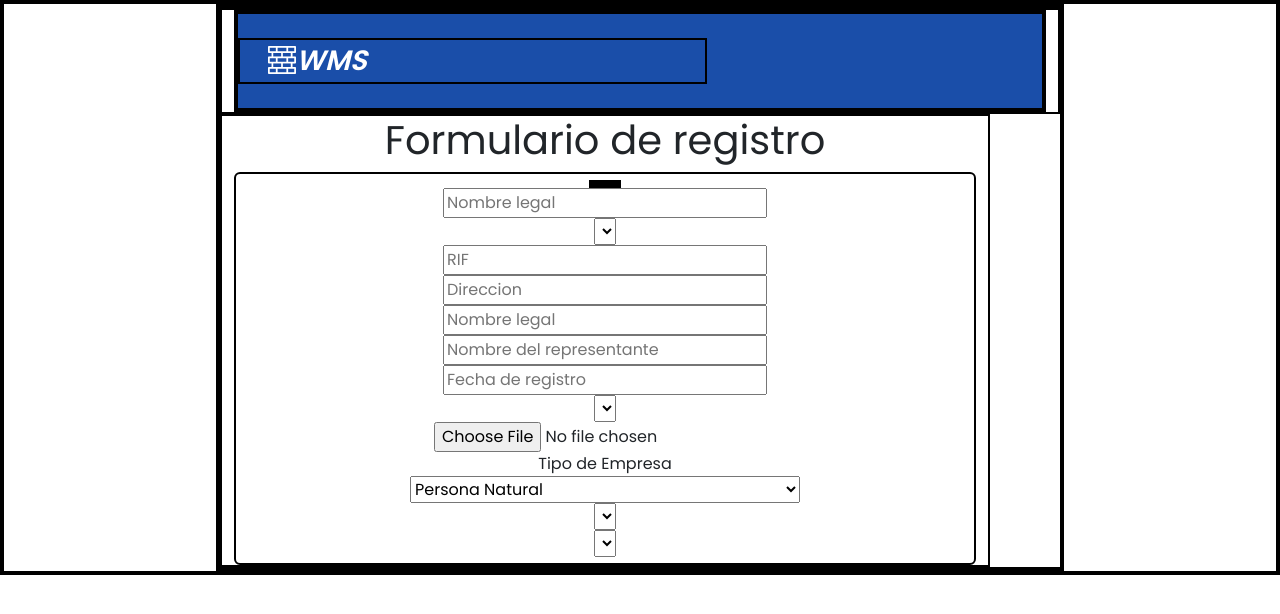
Repository: Rafa-x64/Gestion_inventario_practica
Page: http://localhost/Gestion_inventario/index.php?page=registro-empresa
An editor plug-in stored every save of this project. The page is shown before and after the next save, followed by the edit.
The browser window is 1280 px wide. The pictures show the whole page.
The page is run by PHP 8.4 with error messages shown; the project is at /var/www/html/.

Above is the page before, as saved 2025-07-22 17:50:36.

### index.php
<?php
require_once "config/app.php";
require_once "controller/vistaC.php";

$controlador = new vistaC();
$controlador->cargarVista();

### config/app.php
<?php

const SERVERURL = "http://localhost/Gestion_inventario/";

const NOMBRE_APLICACION = "WMS";

const MONEDA = ["bolivar" => "Bs.", "dolar" => "$", "euro" => "€", "pesos" => "$", "real" => "R$"];

date_default_timezone_set("America/Caracas");

### controller/vistaC.php
<?php
require_once("./model/vistaM.php"); //debe incluir el codigo del modelo

class vistaC extends vistaM //extiende del modelo para usar sus metodos
{

    public function cargarVista() //funcion que carga la vista segun la url que se obtiene como parametro
    {
        if (isset($_GET["page"])) { //page es el parametro especificado en .htaccess
            $vista = self::obtenerVista($_GET["page"]); //se asigna esa url a vista si esta establecido
        } else {
            $vista = "inicio-view.php"; //se muestra el inicio si no esta establecido el parametro en la url
        }

        require("view/plantilla.php"); //se requiere la plantilla para poder mostrar esa vista
    }
}

### model/vistaM.php
<?php

class vistaM
{
    //metodo que obtiene la vista que se le asigna en $pagina
    protected static function obtenerVista($pagina) //recive una variable pagina
    {
        $paginas_existentes = ["404", "inicio-sesion", "inicio", "registro-empresa"]; //lista de paginas del proyecto
        if (!in_array($pagina, $paginas_existentes)) { //si no esta en el array entonces...
            return "404-view.php"; //pagina de 404
            exit();
        }

        return $pagina . "-view.php"; //retorna $pagina-view para ser abierta por el controlador si esa pagina existe en la lista
    }
}

### view/plantilla.php
    <?php

    //aqui se ejecuta la vista y se muestran los includes si la pagina cumple cierta condicion

    if ($vista != "inicio-view.php" && $vista != "404-view.php" && $vista != "inicio-sesion-view.php" && $vista != "registro-empresa-view.php") {
        include("view/includes/links.php");
        require("view/includes/header.html");
        include("php/" . $vista);
        require("view/includes/footer.html");
        include("view/includes/scripts.php");
    }

    include("view/includes/links.php");
    require("php/" . $vista);
    include("view/includes/scripts.php");

    ?>

### view/includes/links.php
<!DOCTYPE html>
<html lang="en">

<head>
    <meta charset="UTF-8">
    <meta name="viewport" content="width=device-width, initial-scale=1.0">
    <title><?php echo NOMBRE_APLICACION; ?></title>
    <link href="https://cdn.jsdelivr.net/npm/bootstrap@5.3.7/dist/css/bootstrap.min.css" rel="stylesheet"
        integrity="sha384-LN+7fdVzj6u52u30Kp6M/trliBMCMKTyK833zpbD+pXdCLuTusPj697FH4R/5mcr" crossorigin="anonymous">
    <link rel="stylesheet" href="https://cdn.jsdelivr.net/npm/bootstrap-icons@1.10.5/font/bootstrap-icons.css">
    <link rel="stylesheet" href="<?php echo SERVERURL ?>view/css/bordes.css">
    <link rel="stylesheet" href="<?php echo SERVERURL ?>view/css/inicio-view.css">
    <link rel="shortcut icon" href="<?php echo SERVERURL ?>view/images/bootstrap-fill.ico" type="image/x-icon">
    <link rel="stylesheet" href="<?php echo SERVERURL ?>view/css/registro-empresa-view.css">
</head>

<body>

### view/php/registro-empresa-view.php
<style>
    [class*="col"],
    [class*="row"],
    [class*="section"] {
        border: 2px solid black;
    }

    [class*="container"] {
        border: 2px solid black;
    }
</style>
<div class="container-fluid">
    <div class="row d-flex flex-column align-items-center justify-content-center">
        <div class="col-8 align-items-center justify-content-center">
            <div class="row">
                <div class="col">
                    <header id="barra-navegacion">
                        <div class="container-fluid pt">
                            <div class="row flex-row py-4">
                                <div class="col-7 d-flex flex-row justify-content-start">
                                    <i class="bi bi-bricks fs-3 ps-3 text-white">WMS</i>
                                </div>
                            </div>
                        </div>
                    </header>
                </div>
                <div class="col-11 d-flex flex-column align-items-center justify-content-center">
                    <h1>Formulario de registro</h1>
                    <form action="" method="post" class="form-control d-flex flex-column align-items-center justify-content-center">
                        <div class="row">
                            <div class="col">

                            </div>
                        </div>
                        <input type="text" name="" id="nombre_legal" placeholder="Nombre legal">
                        <select name="" id="">
                            <option value=""></option>
                            <option value=""></option>
                            <option value=""></option>
                            <option value=""></option>
                            <option value=""></option>
                            <option value=""></option>
                        </select><input type="text" name="" id="rif" placeholder="RIF"><input type="text" name="" id="direccion" placeholder="Direccion"><input type="text" name="" id="nombre_legal" placeholder="Nombre legal">
                        <input:mail id="correo" placeholder="Correo electronico"></input:mail>
                        <input type="text" name="" id="nombre_representante" placeholder="Nombre del representante"><input type="text" name="" id="fecha_registro" placeholder="Fecha de registro">
                        <select name="" id="">
                            <option value=""></option>
                            <option value=""></option>
                        </select><input type="file" name="" id="logo"><label for="">Tipo de Empresa</label>
                        <select name="tipo_empresa" id="">
                            <option value="persona_natural">Persona Natural</option>
                            <option value="sociedad_anonima">Sociedad Anónima (S.A.)</option>
                            <option value="sociedad_de_responsabilidad_limitada">Sociedad de Responsabilidad Limitada (S.R.L.)</option>
                            <option value="sociedad_comanditaria">Sociedad Comanditaria</option>
                            <option value="sociedad_civil">Sociedad Civil</option>
                            <option value="cooperativa">Cooperativa</option>
                            <option value="fundacion">Fundación</option>
                            <option value="comunidad_de_bienes">Comunidad de Bienes</option>
                            <option value="empresa_del_estado">Empresa del Estado</option>
                            <option value="comercial">Comercial</option>
                            <option value="industrial">Industrial</option>
                            <option value="servicios">Servicios</option>
                            <option value="agropecuario">Agropecuario</option>
                            <option value="tecnologico">Tecnológico</option>
                            <option value="salud">Salud</option>
                            <option value="educacion">Educación</option>
                            <option value="transporte">Transporte</option>
                            <option value="construccion">Construcción</option>
                            <option value="turismo">Turismo</option>
                            <option value="financiero">Financiero</option>
                            <option value="energia">Energía</option>
                            <option value="local">Local</option>
                            <option value="regional">Regional</option>
                            <option value="nacional">Nacional</option>
                            <option value="multinacional">Multinacional</option>
                            <option value="transnacional">Transnacional</option>
                            <option value="microempresa">Microempresa</option>
                            <option value="pequena">Pequeña</option>
                            <option value="mediana">Mediana</option>
                            <option value="grande">Grande</option>
                            <option value="privada">Privada</option>
                            <option value="publica">Pública</option>
                            <option value="mixta">Mixta</option>
                            <option value="primario">Primario</option>
                            <option value="secundario">Secundario</option>
                            <option value="terciario">Terciario</option>
                            <option value="cuaternario">Cuaternario</option>
                            <option value="quinario">Quinario</option>
                        </select>
                        <select name="" id="">Moneda
                            <option value=""></option>
                            <option value=""></option>
                            <option value=""></option>
                        </select><select name="" id="">Zona horaria
                            <option value=""></option>
                        </select>

                    </form>
                </div>
            </div>
        </div>
    </div>
</div>

<?php
include("./controller/registroEmpresaC.php");
$registro = registroEmpresaC::getFormulario($_POST);
?>

### controller/registroEmpresaC.php
<?php

include_once("./model/mainModel.php");
include_once("./model/empresaM.php");

class registroEmpresaC extends mainModel
{

    public static function getFormulario($formulario) {}

    public static function validar_rif()
    {
        /*Se usa el algoritmo Módulo 11, que toma los primeros 9 caracteres y les aplica una
        fórmula ponderada. El resultado final es el dígito verificador que valida el número
        completo.*/
    }
}

### model/mainModel.php
<?php

include_once("./config/server.php");

class mainModel
{

    protected static function conectar_base_datos()
    {
        try {
            $con = new PDO(SGBD, USUARIO, CONSTRASEÑA);
            $con->exec("SET CARACTER SET utf8");
            return $con;
        } catch (PDOException $e) {
            echo $e->getMessage();
        }
    }

    protected static function consulta_simple($sentenciaSQL)
    {
        $operacion = self::conectar_base_datos()->prepare($sentenciaSQL);
        $operacion->execute();
        return $operacion;
    }
}

### config/server.php
<?php

const SGBD = "mysql:host=localhost;dbname=WMS";

const USUARIO = "root";

const CONSTRASEÑA = "";

const METHOD = "AES-256-CBC";

### model/empresaM.php
<?php

include_once("./model/mainModel.php");

class empresaM extends mainModel
{
    private $id_empresa = ""; //crear una funcion que genere el id de la empresa
    private $nombre_legal = "";
    private $rif = ""; //validar que sea un rif valido segun el pais
    private $direccion = "";
    private $contacto = "";
    private $correo = "";
    private $nombre_representante = "";
    private $fecha_registro = ""; //date
    private $estado_condicion = ""; //booleano
    private $logo = ""; //imagen;
    private $tipo_empresa = "";
    private $moneda = ""; //seleccionar las monedas existentes en ./config/server.php
    private $zona_horaria = "";

    public function __construct(
        $nombre_legal,
        $rif,
        $direccion,
        $contacto,
        $correo,
        $nombre_representante,
        $fecha_registro,
        $estado_condicion,
        $logo,
        $tipo_empresa,
        $moneda,
        $zona_horaria
    ) {
        $this->id_empresa = $this->generarIdEmpresa();
        $this->nombre_legal = $nombre_legal;
        $this->rif = $rif;
        $this->direccion = $direccion;
        $this->contacto = $contacto;
        $this->correo = $correo;
        $this->nombre_representante = $nombre_representante;
        $this->fecha_registro = $fecha_registro;
        $this->estado_condicion = $estado_condicion;
        $this->logo = $logo;
        $this->tipo_empresa = $tipo_empresa;
        $this->moneda = $moneda;
        $this->zona_horaria = $zona_horaria;
    }

    private function generarIdEmpresa()
    {
        return uniqid("EMP_");
    }

    public function getIdEmpresa()
    {
        return $this->id_empresa;
    }

    public function getNombreLegal()
    {
        return $this->nombre_legal;
    }

    public function setNombreLegal($nombre_legal)
    {
        $this->nombre_legal = $nombre_legal;
    }

    public function getRif()
    {
        return $this->rif;
    }

    public function setRif($rif)
    {
        $this->rif = $rif;
    }

    public function getDireccion()
    {
        return $this->direccion;
    }

    public function setDireccion($direccion)
    {
        $this->direccion = $direccion;
    }

    public function getContacto()
    {
        return $this->contacto;
    }

    public function setContacto($contacto)
    {
        $this->contacto = $contacto;
    }

    public function getCorreo()
    {
        return $this->correo;
    }

    public function setCorreo($correo)
    {
        $this->correo = $correo;
    }

    public function getNombreRepresentante()
    {
        return $this->nombre_representante;
    }

    public function setNombreRepresentante($nombre_representante)
    {
        $this->nombre_representante = $nombre_representante;
    }

    public function getFechaRegistro()
    {
        return $this->fecha_registro;
    }

    public function setFechaRegistro($fecha_registro)
    {
        $this->fecha_registro = $fecha_registro;
    }

    public function getEstadoCondicion()
    {
        return $this->estado_condicion;
    }

    public function setEstadoCondicion($estado_condicion)
    {
        $this->estado_condicion = $estado_condicion;
    }

    public function getLogo()
    {
        return $this->logo;
    }

    public function setLogo($logo)
    {
        $this->logo = $logo;
    }

    public function getTipoEmpresa()
    {
        return $this->tipo_empresa;
    }

    public function setTipoEmpresa($tipo_empresa)
    {
        $this->tipo_empresa = $tipo_empresa;
    }

    public function getMoneda()
    {
        return $this->moneda;
    }

    public function setMoneda($moneda)
    {
        $this->moneda = $moneda;
    }

    public function getZonaHoraria()
    {
        return $this->zona_horaria;
    }

    public function setZonaHoraria($zona_horaria)
    {
        $this->zona_horaria = $zona_horaria;
    }

    public function __toString()
    {
        return "Empresa: {$this->nombre_legal}, RIF: {$this->rif}, Dirección: {$this->direccion}, Contacto: {$this->contacto}, Correo: {$this->correo}, Representante: {$this->nombre_representante}, Fecha de registro: {$this->fecha_registro}, Estado: {$this->estado_condicion}, Tipo: {$this->tipo_empresa}, Moneda: {$this->moneda}, Zona horaria: {$this->zona_horaria}";
    }
}

### view/includes/scripts.php
</body>

<script src="https://cdn.jsdelivr.net/npm/bootstrap@5.3.7/dist/js/bootstrap.bundle.min.js"
    integrity="sha384-ndDqU0Gzau9qJ1lfW4pNLlhNTkCfHzAVBReH9diLvGRem5+R9g2FzA8ZGN954O5Q"
    crossorigin="anonymous">
</script>

</html>

### view/css/bordes.css
@import url('https://fonts.googleapis.com/css2?family=Poppins:wght@300;400;600&display=swap');

body {
    margin: 0;
    padding: 0;
    font-size: 1rem;
    font-weight: 600;
    font-family: 'Poppins', sans-serif;
}

/*----------comentar para ocultar los bordes visibles--------------*/
[class*="col"],
[class*="row"],
[class*="section"] {
    border: 2px solid black;
}

[class*="container"] {
    border: 2px solid black;
}

### view/css/inicio-view.css
#main {
    background-color: #e5eeff;
}

#barra-navegacion {
    background-color: #1a4ea9;
}

#eslogan {
    color: white;
}

#registro-sesion a {
    text-decoration: none;
    color: white;
    border-radius: 1rem;
}

#registro,
#inicio-sesion {
    border-radius: 1rem;
}



#conocenos h1 {
    color: #1a4ea9;
    font-size: 3.5rem;
    font-weight: bold;
}

#comparativa {
    position: relative;
    background-color: white;
    border-radius: 1rem;
    box-shadow: 0 4px 12px #c5d3e0;
}

.icono-superior {
    position: absolute;
    top: -25px;
    /* sobresale por arriba */
    right: -20px;
    /* sobresale por la izquierda */
    z-index: 9999;
}

#comparativa h1 {
    font-size: 2.5rem;
    font-weight: bold;
}

#comparativa i {
    color: #00923F !important;
}

#comparativa b {
    color: #1a4ea9;
}

Loaded but not shown: view/css/registro-empresa-view.css (no copy from this time; the picture is the same without it)

After the next save:
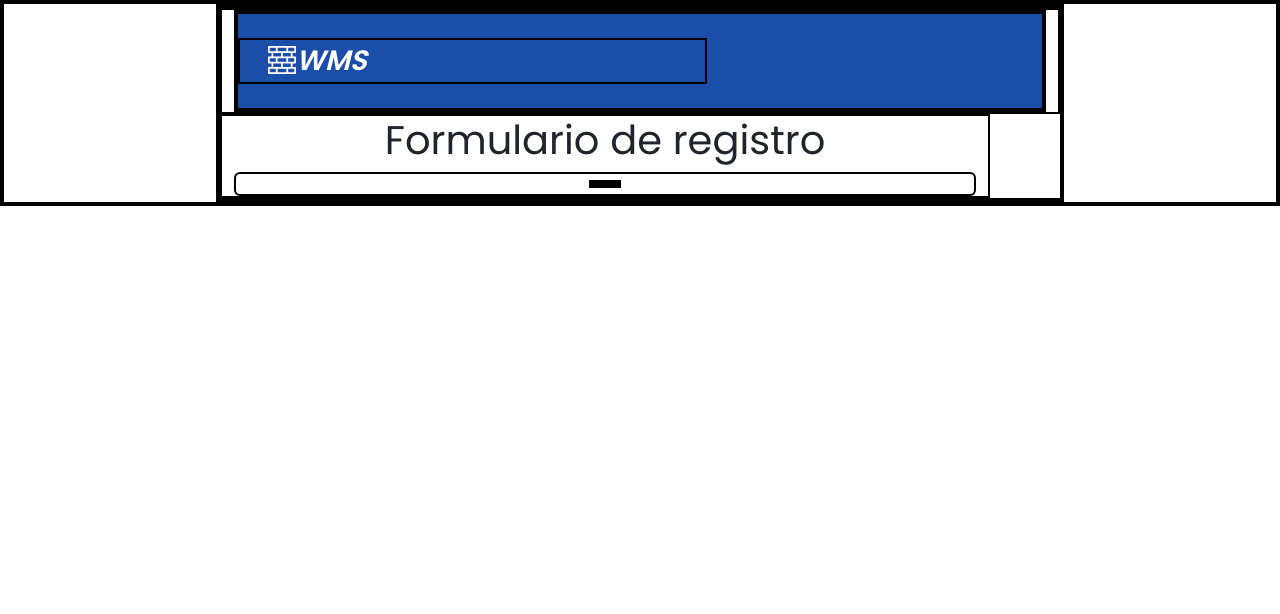
Saved 12 s later.
--- a/view/php/registro-empresa-view.php
+++ b/view/php/registro-empresa-view.php
@@ -32,68 +32,7 @@
 
                             </div>
                         </div>
-                        <input type="text" name="" id="nombre_legal" placeholder="Nombre legal">
-                        <select name="" id="">
-                            <option value=""></option>
-                            <option value=""></option>
-                            <option value=""></option>
-                            <option value=""></option>
-                            <option value=""></option>
-                            <option value=""></option>
-                        </select><input type="text" name="" id="rif" placeholder="RIF"><input type="text" name="" id="direccion" placeholder="Direccion"><input type="text" name="" id="nombre_legal" placeholder="Nombre legal">
-                        <input:mail id="correo" placeholder="Correo electronico"></input:mail>
-                        <input type="text" name="" id="nombre_representante" placeholder="Nombre del representante"><input type="text" name="" id="fecha_registro" placeholder="Fecha de registro">
-                        <select name="" id="">
-                            <option value=""></option>
-                            <option value=""></option>
-                        </select><input type="file" name="" id="logo"><label for="">Tipo de Empresa</label>
-                        <select name="tipo_empresa" id="">
-                            <option value="persona_natural">Persona Natural</option>
-                            <option value="sociedad_anonima">Sociedad Anónima (S.A.)</option>
-                            <option value="sociedad_de_responsabilidad_limitada">Sociedad de Responsabilidad Limitada (S.R.L.)</option>
-                            <option value="sociedad_comanditaria">Sociedad Comanditaria</option>
-                            <option value="sociedad_civil">Sociedad Civil</option>
-                            <option value="cooperativa">Cooperativa</option>
-                            <option value="fundacion">Fundación</option>
-                            <option value="comunidad_de_bienes">Comunidad de Bienes</option>
-                            <option value="empresa_del_estado">Empresa del Estado</option>
-                            <option value="comercial">Comercial</option>
-                            <option value="industrial">Industrial</option>
-                            <option value="servicios">Servicios</option>
-                            <option value="agropecuario">Agropecuario</option>
-                            <option value="tecnologico">Tecnológico</option>
-                            <option value="salud">Salud</option>
-                            <option value="educacion">Educación</option>
-                            <option value="transporte">Transporte</option>
-                            <option value="construccion">Construcción</option>
-                            <option value="turismo">Turismo</option>
-                            <option value="financiero">Financiero</option>
-                            <option value="energia">Energía</option>
-                            <option value="local">Local</option>
-                            <option value="regional">Regional</option>
-                            <option value="nacional">Nacional</option>
-                            <option value="multinacional">Multinacional</option>
-                            <option value="transnacional">Transnacional</option>
-                            <option value="microempresa">Microempresa</option>
-                            <option value="pequena">Pequeña</option>
-                            <option value="mediana">Mediana</option>
-                            <option value="grande">Grande</option>
-                            <option value="privada">Privada</option>
-                            <option value="publica">Pública</option>
-                            <option value="mixta">Mixta</option>
-                            <option value="primario">Primario</option>
-                            <option value="secundario">Secundario</option>
-                            <option value="terciario">Terciario</option>
-                            <option value="cuaternario">Cuaternario</option>
-                            <option value="quinario">Quinario</option>
-                        </select>
-                        <select name="" id="">Moneda
-                            <option value=""></option>
-                            <option value=""></option>
-                            <option value=""></option>
-                        </select><select name="" id="">Zona horaria
-                            <option value=""></option>
-                        </select>
+
 
                     </form>
                 </div>
